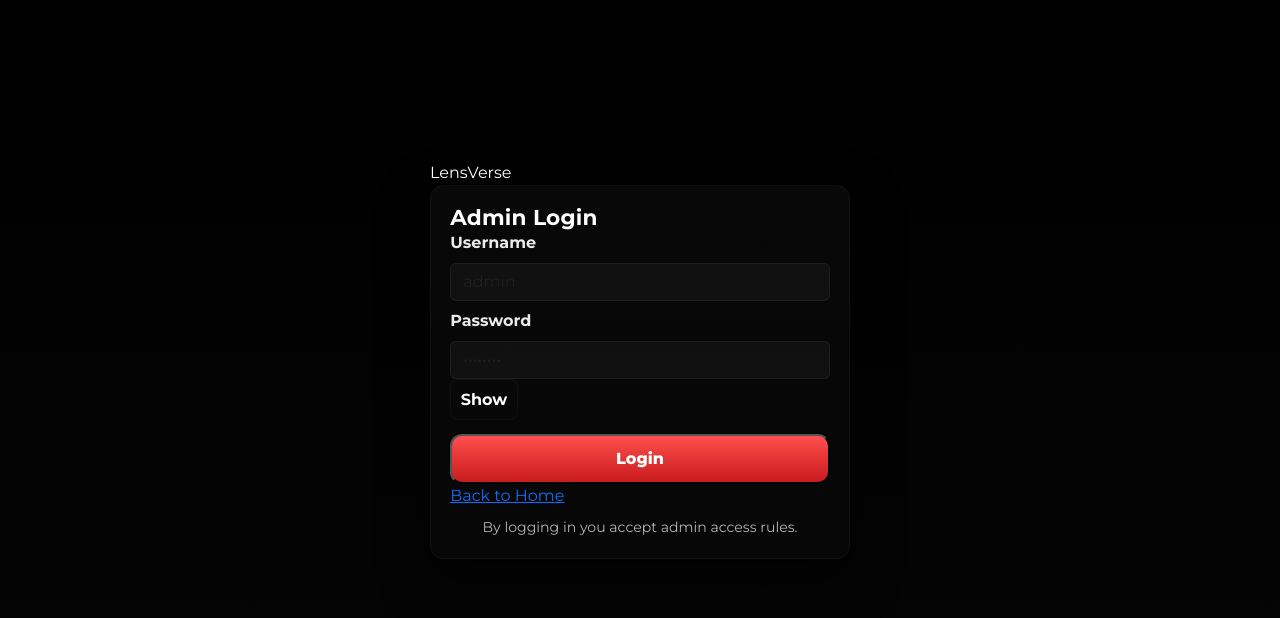
Repository: adithyakiran47/lensverseproject
Page: /admin-login (app in lensverse-client/)
An editor plug-in stored every save of this project. The page is shown before and after the next save, followed by the edit.
The browser window is 1280 px wide. The pictures show the whole page.
The project was rebuilt for these pictures with package versions that can differ from the ones it lists, and the page was loaded fresh each time. Also part of the build but not shown: lensverse-client/src/components/Navbar.css, lensverse-client/src/components/Navbar.js, lensverse-client/src/pages/Home.js, lensverse-client/src/pages/Portfolio.css, lensverse-client/src/pages/Portfolio.js, lensverse-client/src/pages/Booking.js, lensverse-client/src/pages/About.js, lensverse-client/src/pages/AdminDashboard.js. Imported but missing from the stored project, and not drawn on this page: lensverse-client/src/reportWebVitals.

Above is the page before, as saved 2025-11-04 11:31:57.

### lensverse-client/src/index.css
/* src/index.css - global font + high-contrast variables */
@import url('https://fonts.googleapis.com/css2?family=Montserrat:wght@400;600;700;800&family=Inter:wght@300;400;600&display=swap');

:root{
  --bg-900: #000000;
  --panel: rgba(255,255,255,0.03);         /* glass panels */
  --muted: rgba(255,255,255,0.65);
  --text: #ffffff;
  --accent: #ff4f4f;                       /* primary accent */
  --accent-600: #c81b1b;
  --card-bg: rgba(255,255,255,0.02);
  --input-bg: rgba(255,255,255,0.04);
  --focus-ring: rgba(255,79,79,0.14);
}

html,body,#root{
  height:100%;
  background: linear-gradient(180deg,var(--bg-900),#040404);
  margin:0;
  color:var(--text);
  font-family: 'Montserrat', 'Inter', system-ui, -apple-system, 'Segoe UI', Roboto, Arial;
  -webkit-font-smoothing:antialiased;
  -moz-osx-font-smoothing:grayscale;
}

/* Headings: blocky, high-weight for strong visual presence */
h1,h2,h3,h4,h5{
  font-family: 'Montserrat', 'Inter', sans-serif;
  font-weight:700;
  color: var(--text);
  letter-spacing: 0.2px;
}

/* Links */
a { color: var(--muted); text-decoration:none; }
a:hover { color: var(--text); }

/* Utility adjustments for contrast across components */
.bg-black { background: transparent !important; } /* allow global background to show */
.text-muted, .small { color: var(--muted) !important; }

/* Button defaults */
.btn {
  border-radius: 10px;
  font-weight: 700;
  letter-spacing: 0.2px;
}

/* Danger/accent button */
.btn-danger, .btn-logout {
  background: linear-gradient(180deg,var(--accent),var(--accent-600));
  color: #fff;
  border: none;
  box-shadow: 0 10px 30px rgba(200,40,40,0.12);
}

/* Form controls contrast */
.form-control, .form-select, textarea {
  background: var(--input-bg) !important;
  border: 1px solid rgba(255,255,255,0.06) !important;
  color: var(--text) !important;
  border-radius: 8px;
}

.form-control::placeholder { color: rgba(255,255,255,0.45); }

/* Focus */
.form-control:focus, .form-select:focus, textarea:focus, .btn:focus {
  outline: none;
  box-shadow: 0 8px 28px var(--focus-ring);
  border-color: var(--accent);
}

/* Cards / panels */
.panel {
  background: linear-gradient(180deg,var(--card-bg), rgba(0,0,0,0.06));
  border: 1px solid rgba(255,255,255,0.03);
  border-radius: 12px;
  padding: 1rem;
  box-shadow: 0 10px 30px rgba(0,0,0,0.6);
}

/* Make sure contrast for badges */
.badge {
  font-weight:700;
  color: #fff;
}

/* Narrow screens: keep spacing */
@media (max-width:767.98px){
  .container { padding-left:1rem; padding-right:1rem; }
}

### lensverse-client/src/App.js
import React from 'react';
import { BrowserRouter as Router, Routes, Route } from 'react-router-dom';


// Import your page components (create these next)
import Home from './pages/Home';
import Portfolio from './pages/Portfolio';
import Booking from './pages/Booking';
import About from './pages/About';
import AdminLogin from './pages/AdminLogin';
import AdminDashboard from './pages/AdminDashboard';

function App() {
  return (
    <Router>
      <Routes>
        <Route path="/" element={<Home />} />
        <Route path="/portfolio" element={<Portfolio />} />
        <Route path="/booking" element={<Booking />} />
        <Route path="/about" element={<About />} />
        <Route path="/admin-login" element={<AdminLogin />} />
        <Route path="/admin-dashboard" element={<AdminDashboard />} />
      </Routes>
    </Router>
  );
}

export default App;

### lensverse-client/src/pages/AdminLogin.js
// src/pages/AdminLogin.js
import React, { useState } from 'react';
import { useNavigate, Link } from 'react-router-dom';
import api from '../utils/api';
import './AdminLogin.css';

const AdminLogin = () => {
  const [formData, setFormData] = useState({ username: '', password: '' });
  const [showPass, setShowPass] = useState(false);
  const [submitting, setSubmitting] = useState(false);
  const [error, setError] = useState('');
  const navigate = useNavigate();

  const handleChange = e => {
    setFormData(p => ({ ...p, [e.target.name]: e.target.value }));
    setError('');
  };

  const handleSubmit = async (e) => {
    e.preventDefault();
    if (!formData.username.trim() || !formData.password) {
      setError('Please enter username and password.');
      return;
    }
    setSubmitting(true);
    setError('');
    try {
      const res = await api.post('/admin/login', formData);
      localStorage.setItem('adminToken', res.data.token);
      navigate('/admin-dashboard');
    } catch (err) {
      const msg = err?.response?.data?.message || 'Invalid credentials';
      setError(msg);
    } finally {
      setSubmitting(false);
    }
  };

  return (
    <div className="admin-login-page">
      <div className="login-wrap">
        <div className="brand"><span className="brand-red">Lens</span><span className="brand-white">Verse</span></div>

        <form className="admin-card" onSubmit={handleSubmit}>
          <h2 className="card-title">Admin Login</h2>

          {error && <div className="alert alert-danger">{error}</div>}

          <label className="form-label" htmlFor="username">Username</label>
          <input id="username" name="username" type="text" className="form-control"
            placeholder="admin" value={formData.username} onChange={handleChange} disabled={submitting} required />

          <label className="form-label mt-2" htmlFor="password">Password</label>
          <div className="password-row">
            <input id="password" name="password" type={showPass ? 'text' : 'password'} className="form-control"
              placeholder="••••••••" value={formData.password} onChange={handleChange} disabled={submitting} required />
            <button type="button" className="show-btn" onClick={() => setShowPass(s => !s)}>{showPass ? 'Hide' : 'Show'}</button>
          </div>

          <button className="btn-submit" type="submit" disabled={submitting}>
            {submitting ? 'Signing in...' : 'Login'}
          </button>

          <Link to="/" className="btn-back-home">
            Back to Home
          </Link>

          <div className="small-note">By logging in you accept admin access rules.</div>
        </form>
      </div>
    </div>
  );
};

export default AdminLogin;

### lensverse-client/src/pages/Home.css
/* Add to src/pages/Home.css */
@import url("https://cdn.jsdelivr.net/npm/bootstrap-icons@1.11.1/font/bootstrap-icons.css");

/* Utility Classes */
.py-6 {
  padding-top: 6rem;
  padding-bottom: 6rem;
}

.z-1 {
  z-index: 1;
}

/* Hero Section */
.hero-section {
  position: relative;
  background: linear-gradient(rgba(0, 0, 0, 0.7), rgba(0, 0, 0, 0.7));
}

.bg-pattern {
  opacity: 0.1;
  background-image: radial-gradient(#dc3545 1px, transparent 1px);
  background-size: 32px 32px;
}

/* Service Cards */
.service-card {
  transition: transform 0.3s ease, box-shadow 0.3s ease;
  cursor: pointer;
}

.service-card:hover {
  transform: translateY(-10px);
  box-shadow: 0 10px 30px rgba(220, 53, 69, 0.2);
}

/* Feature List */
.feature-list li {
  transition: transform 0.3s ease;
}

.feature-list li:hover {
  transform: translateX(10px);
}

.feature-icon {
  font-size: 1.5rem;
  color: #dc3545;
}

/* Stats Cards */
.stat-card {
  transition: transform 0.3s ease;
  cursor: pointer;
}

.stat-card:hover {
  transform: translateY(-5px);
}

/* Testimonial Section */
.testimonial-card {
  transition: transform 0.3s ease;
  box-shadow: 0 10px 30px rgba(0, 0, 0, 0.2);
}

.testimonial-card:hover {
  transform: translateY(-5px);
}

/* CTA Section */
.cta-section {
  background: linear-gradient(45deg, #dc3545, #900);
}

.cta-section::before {
  content: '';
  position: absolute;
  top: 0;
  left: 0;
  right: 0;
  bottom: 0;
  background: url('data:[embedded picture, 165 characters]') repeat;
  opacity: 0.1;
}

/* Hover Effects */
.hover-scale {
  transition: transform 0.3s ease;
}

.hover-scale:hover {
  transform: scale(1.05);
}

/* Responsive Adjustments */
@media (max-width: 768px) {
  .display-1 {
    font-size: 3rem;
  }

  .py-6 {
    padding-top: 4rem;
    padding-bottom: 4rem;
  }
}

### lensverse-client/src/utils/api.js
// src/utils/api.js
import axios from 'axios';

const base = process.env.REACT_APP_API_BASE || '/api';

const api = axios.create({
  baseURL: base,
  timeout: 15000,
  headers: {
    Accept: 'application/json'
  }
});

export default api;

### lensverse-client/src/pages/Booking.css
/* src/pages/Booking.css
   Glassy booking form, responsive, improved contrast, date icon + dropdown visibility
*/

/* Font */
@import url('https://fonts.googleapis.com/css2?family=Montserrat:wght@600;700&display=swap');

/* Form shell (glass) */
.booking-form,
.bg-dark.p-4.rounded.shadow-lg {
  background: linear-gradient(180deg, rgba(255,255,255,0.025), rgba(255,255,255,0.015));
  border-radius: 14px;
  padding: 1.1rem;
  border: 1px solid rgba(255,255,255,0.04);
  box-shadow: 0 18px 48px rgba(0,0,0,0.65);
  backdrop-filter: blur(8px) saturate(120%);
  -webkit-backdrop-filter: blur(8px) saturate(120%);
  transition: transform .14s ease, box-shadow .14s ease, background .2s ease;
  overflow: hidden;
}

/* Hover lift on large screens */
@media (min-width: 992px) {
  .booking-form:hover,
  .bg-dark.p-4.rounded.shadow-lg:hover {
    transform: translateY(-6px);
    box-shadow: 0 28px 60px rgba(0,0,0,0.75);
  }
}

/* Grid: 1 col mobile, 2 col tablet+ */
.row-gap {
  display: grid;
  gap: .75rem;
}
@media (min-width: 768px) {
  .row-gap { grid-template-columns: 1fr 1fr; }
}

/* Inputs and selects */
.booking-form .form-control,
.booking-form .form-select,
.bg-dark.p-4.rounded.shadow-lg .form-control,
.bg-dark.p-4.rounded.shadow-lg .form-select {
  background: linear-gradient(180deg, rgba(0,0,0,0.62), rgba(10,10,10,0.45)) !important;
  color: #f6f6f6 !important;
  border: 1px solid rgba(255,255,255,0.04);
  padding: 0.72rem 0.9rem;
  border-radius: 10px;
  font-size: 0.98rem;
  width: 100%;
  transition: box-shadow .14s ease, border-color .12s ease, transform .08s ease;
  -webkit-appearance: none;
  appearance: none;
}

/* Placeholder */
.booking-form ::placeholder,
.bg-dark.p-4.rounded.shadow-lg ::placeholder {
  color: rgba(255,255,255,0.55);
}

/* Labels */
.booking-form .form-label,
.bg-dark.p-4.rounded.shadow-lg .form-label {
  display: block;
  margin-bottom: 0.35rem;
  font-weight: 600;
  color: #eaeaea;
  font-size: 0.95rem;
}

/* Focus state */
.booking-form .form-control:focus,
.booking-form .form-select:focus,
.bg-dark.p-4.rounded.shadow-lg .form-control:focus,
.bg-dark.p-4.rounded.shadow-lg .form-select:focus {
  border-color: rgba(220,53,69,0.95);
  box-shadow: 0 8px 30px rgba(220,53,69,0.06);
  transform: translateY(-1px);
  outline: none;
}

/* Focus-visible for keyboard users */
.booking-form .form-control:focus-visible,
.booking-form .form-select:focus-visible,
.bg-dark.p-4.rounded.shadow-lg .form-control:focus-visible,
.bg-dark.p-4.rounded.shadow-lg .form-select:focus-visible {
  outline: 3px solid rgba(220,53,69,0.12);
  outline-offset: 3px;
}

/* Select specifics: ensure white value and visible arrow */
.booking-form .form-select,
.bg-dark.p-4.rounded.shadow-lg .form-select {
  color: #fff !important;
  padding-right: 2.8rem;
  background: linear-gradient(180deg, rgba(0,0,0,0.62), rgba(10,10,10,0.45)) !important;
  border-radius: 10px;
  border: 1px solid rgba(255,255,255,0.04) !important;
  background-image:
    url('data:[embedded picture, 259 characters]');
  background-repeat: no-repeat;
  background-position: right 12px center;
  background-size: 14px 14px;
}

/* Ensure option items are visible (native lists vary by browser) */
.booking-form .form-select option {
  background: #0b0b0b;
  color: #fff;
}

/* Date input: make text and icon white and visible */
.booking-form input[type="date"],
.bg-dark.p-4.rounded.shadow-lg input[type="date"] {
  color: #fff; /* date text */
  background: linear-gradient(180deg, rgba(0,0,0,0.62), rgba(10,10,10,0.45)) !important;
}

/* WebKit calendar icon */
.booking-form input[type="date"]::-webkit-calendar-picker-indicator {
  filter: invert(1) brightness(2) contrast(1);
  opacity: 0.95;
}

/* WebKit editable text */
.booking-form input[type="date"]::-webkit-datetime-edit,
.booking-form input[type="date"]::-webkit-datetime-edit-text {
  color: #fff;
}

/* Edge / IE expand control */
.booking-form input[type="date"]::-ms-expand,
.booking-form input[type="date"]::-ms-clear {
  filter: invert(1) brightness(2);
}

/* Button style */
.booking-form .btn-danger,
.bg-dark.p-4.rounded.shadow-lg .btn-danger {
  position: relative;
  overflow: hidden;
  background: linear-gradient(180deg, #ff4f4f 0%, #c81b1b 100%);
  border: none;
  color: #fff;
  padding: 0.62rem 1.05rem;
  border-radius: 12px;
  font-weight: 700;
  letter-spacing: 0.2px;
  box-shadow: 0 10px 30px rgba(200,40,40,0.12);
  transition: transform .12s ease, box-shadow .12s ease;
}

/* Button hover shine */
.booking-form .btn-danger:hover {
  transform: translateY(-4px) scale(1.02);
  box-shadow: 0 20px 50px rgba(200,40,40,0.18);
}
.booking-form .btn-danger::after {
  content: "";
  position: absolute;
  top: -40%;
  left: -30%;
  width: 60%;
  height: 180%;
  background: linear-gradient(120deg, rgba(255,255,255,0.18), rgba(255,255,255,0.02));
  transform: rotate(25deg);
  transition: transform .6s cubic-bezier(.2,.9,.2,1);
  pointer-events: none;
}
.booking-form .btn-danger:hover::after {
  transform: translateX(150%) rotate(25deg);
}

/* Alert */
.alert-success {
  background: linear-gradient(90deg, rgba(40,167,69,0.12), rgba(40,167,69,0.06));
  color: #c7f0d1;
  border: 1px solid rgba(40,167,69,0.12);
}

/* Small note */
.booking-note { color: rgba(255,255,255,0.75); font-size: .95rem; }

/* is-invalid */
.is-invalid { border-color: rgba(255,100,100,0.9) !important; box-shadow: 0 6px 18px rgba(255,100,100,0.04) !important; }
.invalid-feedback { color: #ffbdbd; font-size: 0.9rem; }

/* Responsive adjustments */
@media (max-width: 767.98px) {
  .booking-form { padding: 0.9rem; }
  .booking-form .btn-danger { width: 100%; }
}

/* Accessibility focus-visible */
.booking-form .form-control:focus-visible,
.booking-form .form-select:focus-visible,
.booking-form input[type="date"]:focus-visible {
  outline: 3px solid rgba(220,53,69,0.12);
  outline-offset: 3px;
}

/* Minor polish */
.booking-form .form-control { line-height: 1.3; }

### lensverse-client/src/pages/AdminLogin.css
/* src/pages/AdminLogin.css - improved contrast and block font */
@import url('https://fonts.googleapis.com/css2?family=Montserrat:wght@600;800&display=swap');

.admin-login-page {
  min-height:100vh;
  display:flex;
  align-items:center;
  justify-content:center;
  background: linear-gradient(180deg,#000,#050505);
  padding:2rem;
  font-family: 'Montserrat', system-ui, sans-serif;
}

.login-wrap { width:100%; max-width:420px; }

.admin-card {
  background: linear-gradient(180deg, rgba(255,255,255,0.03), rgba(255,255,255,0.015));
  border-radius:14px;
  border:1px solid rgba(255,255,255,0.04);
  padding:1.2rem;
  box-shadow: 0 18px 48px rgba(0,0,0,0.7);
}

/* title */
.card-title { font-size:1.35rem; color:#fff; font-weight:700; }

/* labels & inputs */
.form-label { color: rgba(255,255,255,0.92); font-weight:700; }
.form-control {
  background: rgba(0,0,0,0.6);
  border-radius:10px;
  border:1px solid rgba(255,255,255,0.04);
  padding:.7rem .9rem;
  color:#fff;
}

/* show button */
.show-btn {
  background: transparent;
  border: 1px solid rgba(255,255,255,0.04);
  color: #fff;
  padding: .45rem .6rem;
  border-radius:8px;
  font-weight:700;
}

/* submit */
.btn-submit {
  margin-top:.9rem;
  width:100%;
  background: linear-gradient(180deg,var(--accent),var(--accent-600));
  color:#fff;
  padding:.68rem;
  border-radius:12px;
  font-weight:800;
}

/* small note */
.small-note { color: rgba(255,255,255,0.7); font-size:.88rem; text-align:center; margin-top:.6rem; }

### lensverse-client/src/pages/AdminDashboard.css
/* src/pages/AdminDashboard.css - table + card contrast */
@import url('https://fonts.googleapis.com/css2?family=Montserrat:wght@600;700&display=swap');

.container.bg-black { background: transparent; font-family: 'Montserrat', system-ui, sans-serif; }

/* glass panel */
.table-responsive {
  background: linear-gradient(180deg, rgba(255,255,255,0.02), rgba(255,255,255,0.01));
  border: 1px solid rgba(255,255,255,0.03);
  border-radius: 12px;
  padding: .6rem;
  box-shadow: 0 18px 48px rgba(0,0,0,0.65);
  backdrop-filter: blur(6px);
}

/* table rows distinct */
.table.table-dark tbody tr {
  background: linear-gradient(180deg, rgba(0,0,0,0.6), rgba(8,8,8,0.5));
  border-radius: 10px;
  box-shadow: 0 10px 30px rgba(0,0,0,0.6);
}

/* table cell color */
.table.table-dark tbody td { color: #fff; padding: .85rem 1rem; }

/* headings */
.table.table-dark thead th { color: #fff; font-weight:700; border-bottom: 1px solid rgba(255,255,255,0.03); }

/* badges for status */
.badge { font-weight:700; color:#fff; }

/* small-screen cards */
.card.bg-dark {
  background: linear-gradient(180deg, rgba(255,255,255,0.02), rgba(255,255,255,0.01));
  border:1px solid rgba(255,255,255,0.03);
  border-radius:12px;
  box-shadow: 0 12px 36px rgba(0,0,0,0.65);
  padding:.8rem;
  margin-bottom:1rem;
}

/* actions */
.btn { font-weight:700; border-radius:8px; }
.btn-outline-light { border:1px solid rgba(255,255,255,0.06); color:#fff; }

Loaded but not shown: lensverse-client/src/index.js (common file)

After the next save:
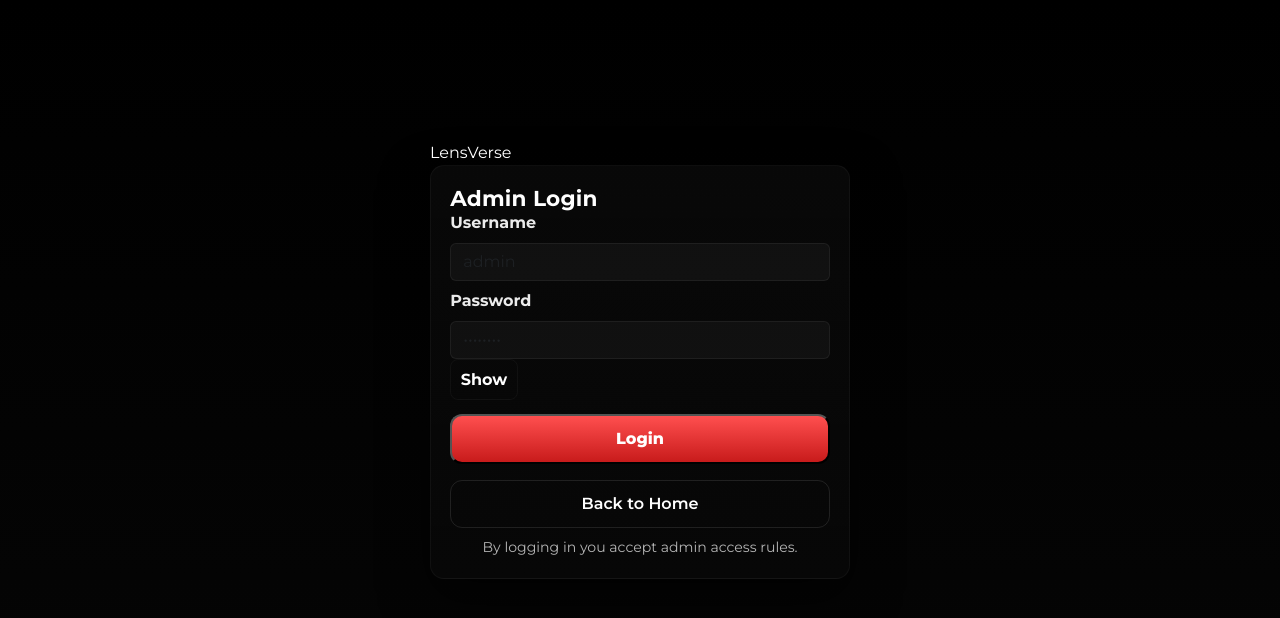
Saved 7 s later.
--- a/lensverse-client/src/pages/AdminLogin.css
+++ b/lensverse-client/src/pages/AdminLogin.css
@@ -55,5 +55,27 @@
   font-weight:800;
 }
 
+/* Back to Home button */
+.btn-back-home {
+  display: block;
+  width: 100%;
+  text-align: center;
+  margin-top: 1rem;
+  padding: .68rem;
+  background: transparent;
+  border: 1px solid rgba(255,255,255,0.1);
+  border-radius: 12px;
+  color: #fff;
+  font-weight: 600;
+  text-decoration: none;
+  transition: all 0.3s ease;
+}
+
+.btn-back-home:hover {
+  background: rgba(255,255,255,0.05);
+  border-color: rgba(255,255,255,0.2);
+  color: #fff;
+}
+
 /* small note */
 .small-note { color: rgba(255,255,255,0.7); font-size:.88rem; text-align:center; margin-top:.6rem; }
